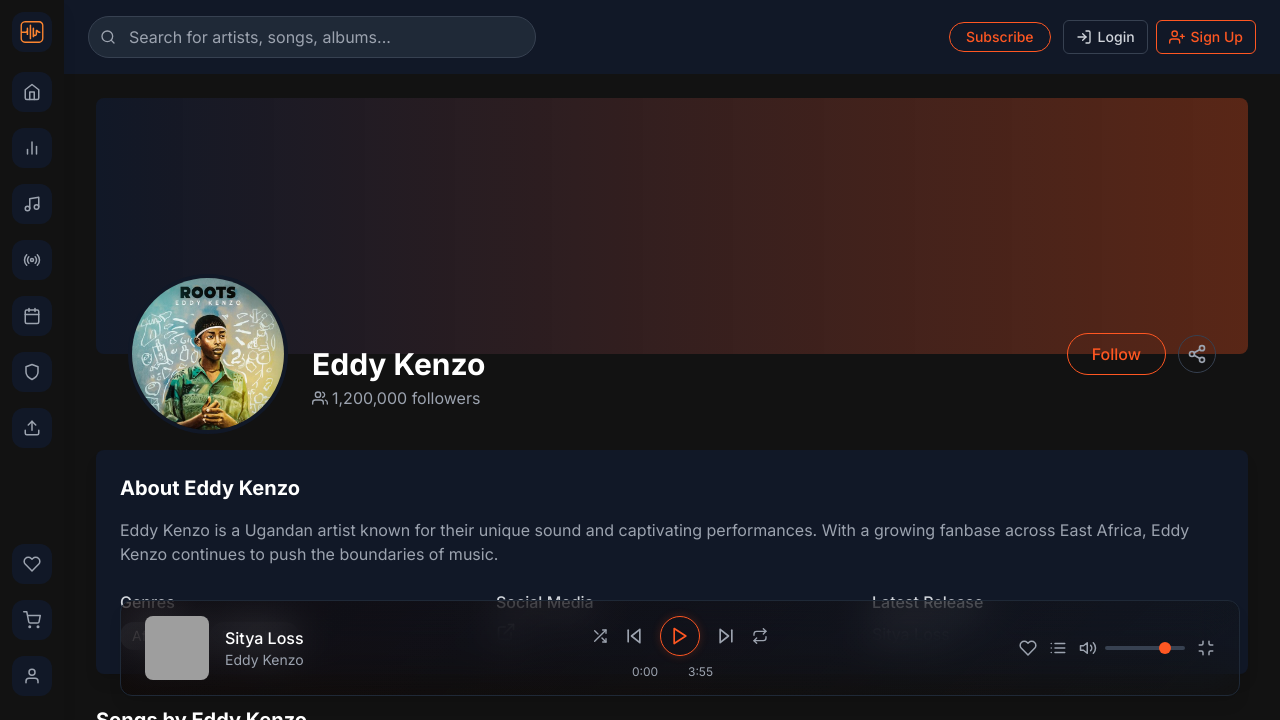
Repository: kaizoku010/sauti-box
Page: /artists/1
The author's editor kept a copy of each file at every save. The page is drawn from the files as they stood at one save, then again after the next save.
The browser window is 1280 px wide. The pictures show the whole page.
Pictures or frames that could not be fetched are drawn as grey boxes. An inner scrolling area shows only its first screen. The project was rebuilt for these pictures with package versions that can differ from the ones it lists, and the page was loaded fresh each time. The framework's server and built-in components were replaced by stand-ins that run in the browser. Also part of the build but not shown: next.config.mjs, next.config.ts, src/components/PaymentModal.tsx.

Above is the page before, as saved 2025-04-20 22:04:30.

After the next save:
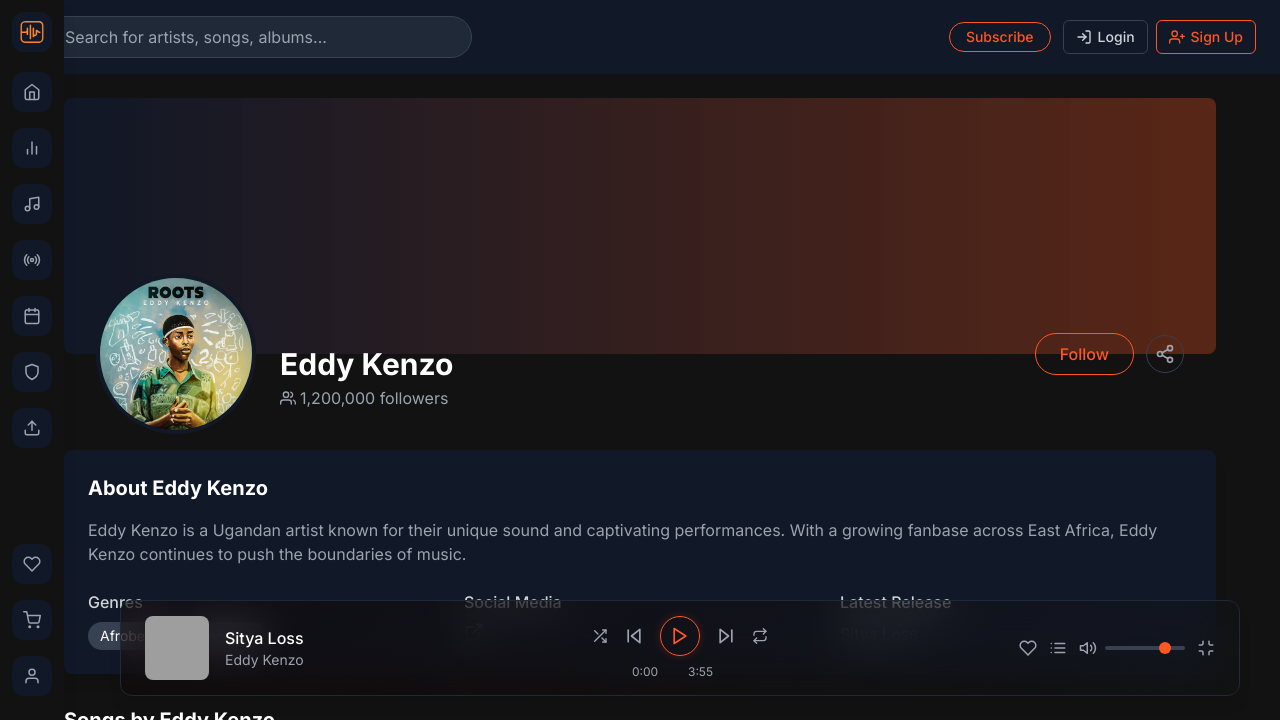
Saved 15 s later.
--- a/src/components/MainLayout.tsx
+++ b/src/components/MainLayout.tsx
@@ -20,7 +20,7 @@
       <div className="flex h-screen bg-background text-white overflow-x-hidden">
         <Sidebar />
 
-        <div className="flex-1 ml-16 md:ml-16 sm:ml-16">
+        <div className="flex-1">
           <Header />
 
           <main className="p-2 sm:p-4 md:p-6 h-[calc(100vh-64px)] overflow-x-hidden">
